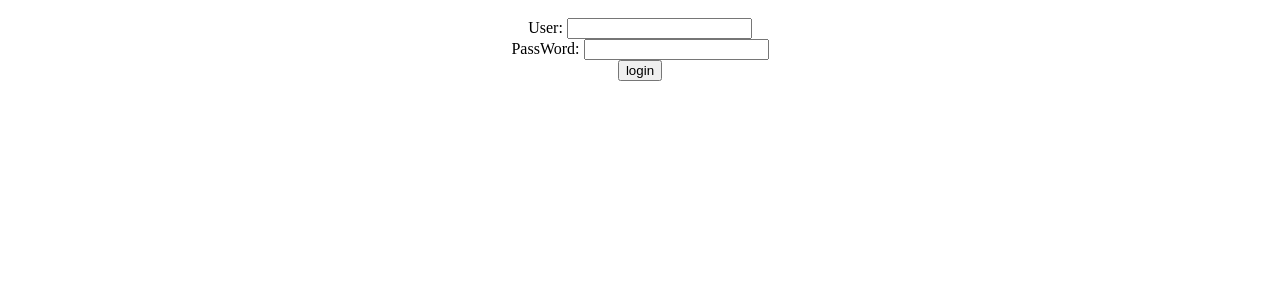
Repository: adityanathe2002/J2EE
Page: jdbc/Servlet_2/src/main/webapp/login.html
These files come from the project's save history. The page is drawn as it stood at one moment and after the next save; the edit follows.
The browser window is 1280 px wide. The pictures show the whole page.

Above is the page before, as saved 2024-08-24 02:44:39.

### jdbc/Servlet_2/src/main/webapp/login.html
<!DOCTYPE html>
<html>
<head>
<meta charset="UTF-8">
<title>Insert title here</title>
<style>
body {
	text-align:center;
}
form{
border:2x solid black;
padding: 10px;
}

</style>
</head>
<body>
	<form action="login">
		User: <input type="text" name="un"><br>
		PassWord: <input type="text" name="pass"><br>
		<input type="submit" value="login">
	</form>
</body>
</html>

After the next save:
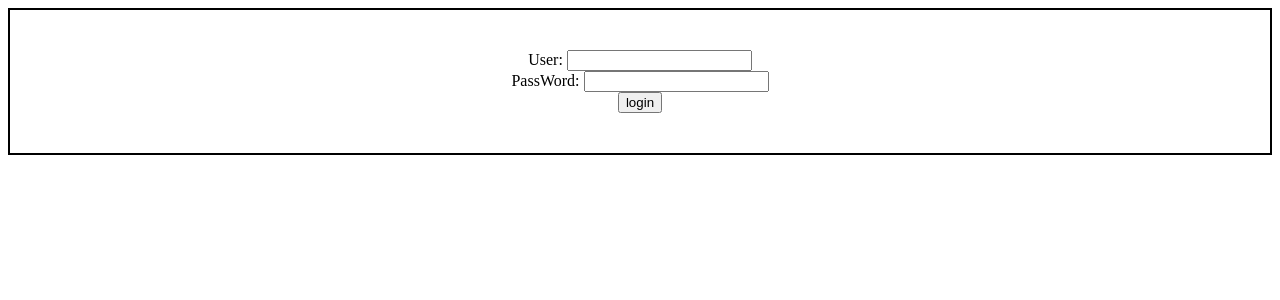
Saved 102 s later.
--- a/jdbc/Servlet_2/src/main/webapp/login.html
+++ b/jdbc/Servlet_2/src/main/webapp/login.html
@@ -8,8 +8,8 @@ body {
 	text-align:center;
 }
 form{
-border:2x solid black;
-padding: 10px;
+border:2px solid black;
+padding: 40px;
 }
 
 </style>
